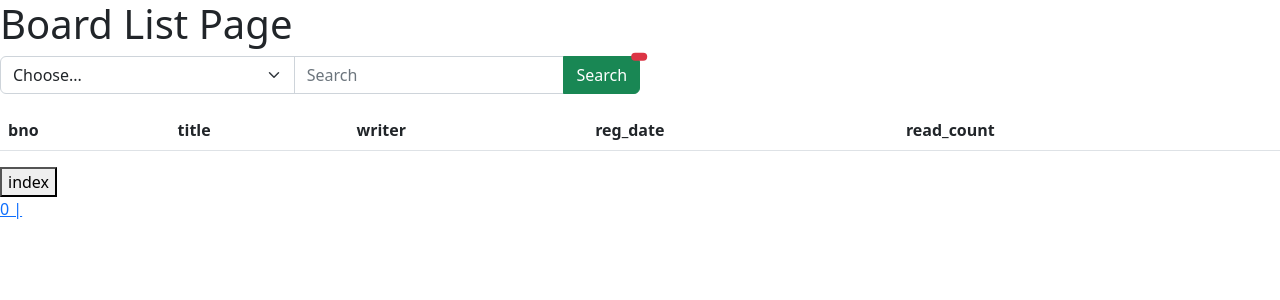
Repository: doridori890130/JSP
Page: http://localhost/jsp_project/board/list.jsp
An editor plug-in stored every save of this project. The page is shown before and after the next save, followed by the edit.
The browser window is 1280 px wide. The pictures show the whole page.
The page is served by Tomcat 9. The template is opened directly, without the code that normally fills it, so the values that code supplies are empty.

Above is the page before, as saved 2023-06-01 04:44:31.

After the next save:
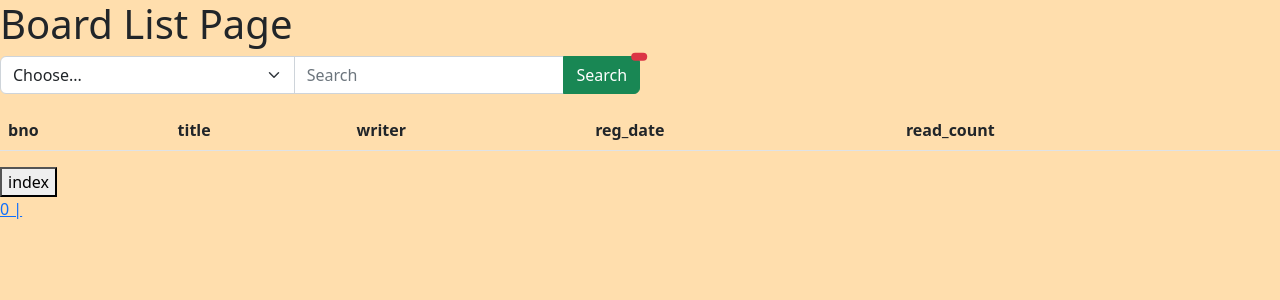
Saved 2 min 32 s later.
--- a/jsp_project4/jsp_project/src/main/webapp/board/list.jsp
+++ b/jsp_project4/jsp_project/src/main/webapp/board/list.jsp
@@ -10,7 +10,13 @@
 <link href="https://cdn.jsdelivr.net/npm/bootstrap@5.2.2/dist/css/bootstrap.min.css" rel="stylesheet" integrity="sha384-Zenh87qX5JnK2Jl0vWa8Ck2rdkQ2Bzep5IDxbcnCeuOxjzrPF/et3URy9Bv1WTRi" crossorigin="anonymous">
 <!-- JavaScript Bundle with Popper -->
 <script src="https://cdn.jsdelivr.net/npm/bootstrap@5.2.2/dist/js/bootstrap.bundle.min.js" integrity="sha384-OERcA2EqjJCMA+/3y+gxIOqMEjwtxJY7qPCqsdltbNJuaOe923+mo//f6V8Qbsw3" crossorigin="anonymous"></script>
+<style type="text/css">
+body{
+background-color: #FFDEAD ;
+}
+</style>
 </head>
+
 <body>
 <h1>Board List Page</h1>
 	<div class="col-sm-12 col-md-6">
